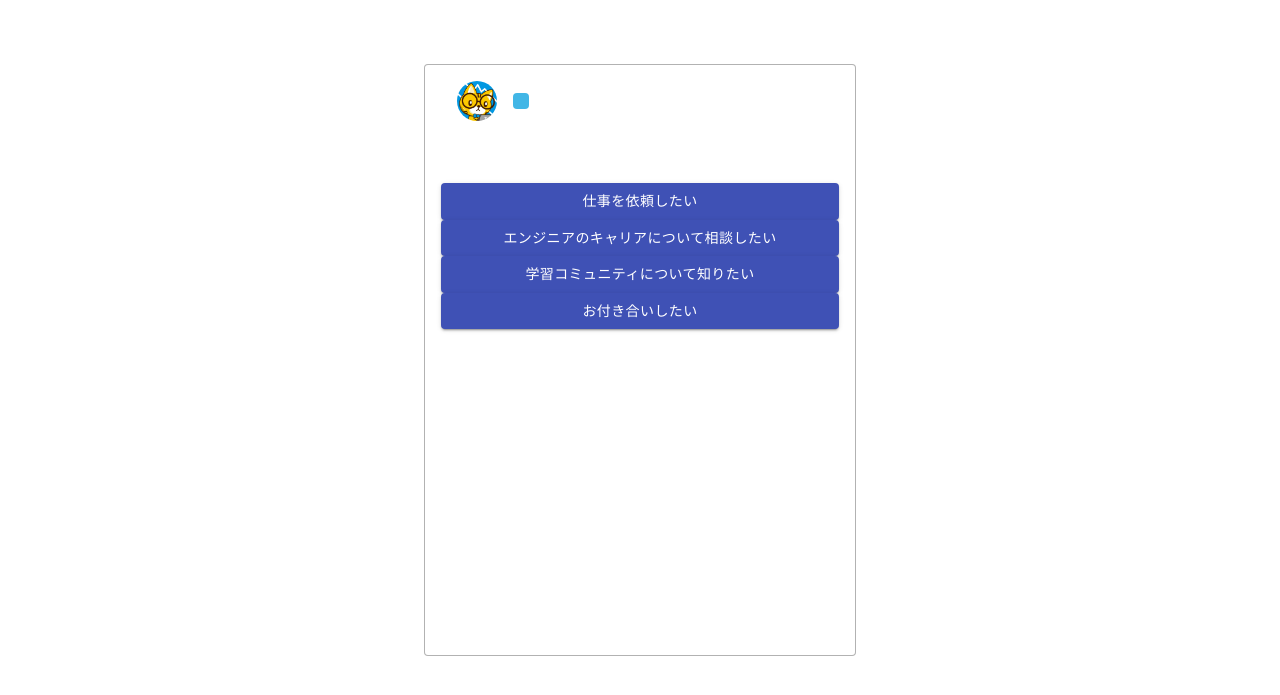
Repository: ShunsukeTanizaki/chatbot-demo
Page: /
An editor plug-in stored every save of this project. The page is shown before and after the next save, followed by the edit.
The browser window is 1280 px wide. The pictures show the whole page.
The project was rebuilt for these pictures with package versions that can differ from the ones it lists, and the page was loaded fresh each time.

Above is the page before, as saved 2020-10-21 01:12:30.

After the next save:
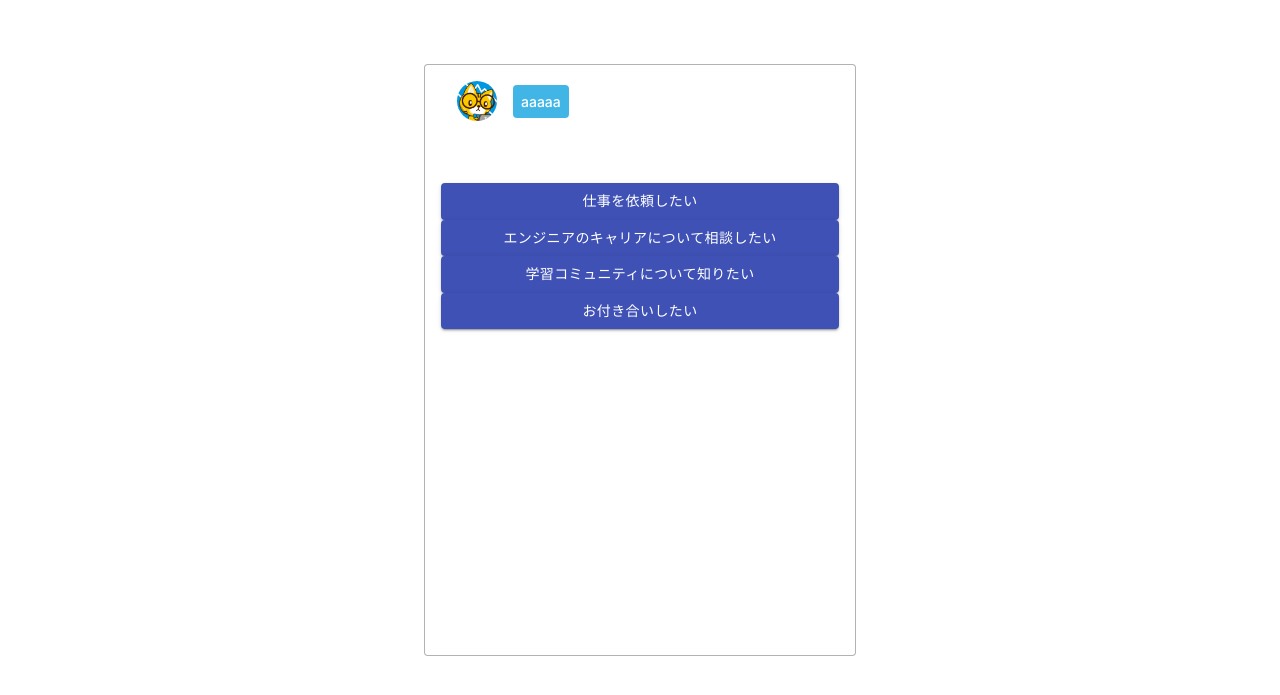
Saved 7 min 25 s later.
--- a/src/components/Chat.jsx
+++ b/src/components/Chat.jsx
@@ -18,7 +18,8 @@
                     <Avatar alt="icon" src={Noprofile} />
                 )}
             </ListItemAvatar>
-            <div className="p-chat__bubble">{props.text}</div>
+            <div className="p-chat__bubble">aaaaa</div>
+            {/* <div className="p-chat__bubble">{props.text}</div> */}
         </ListItem>
     )
 }

After the save that followed:
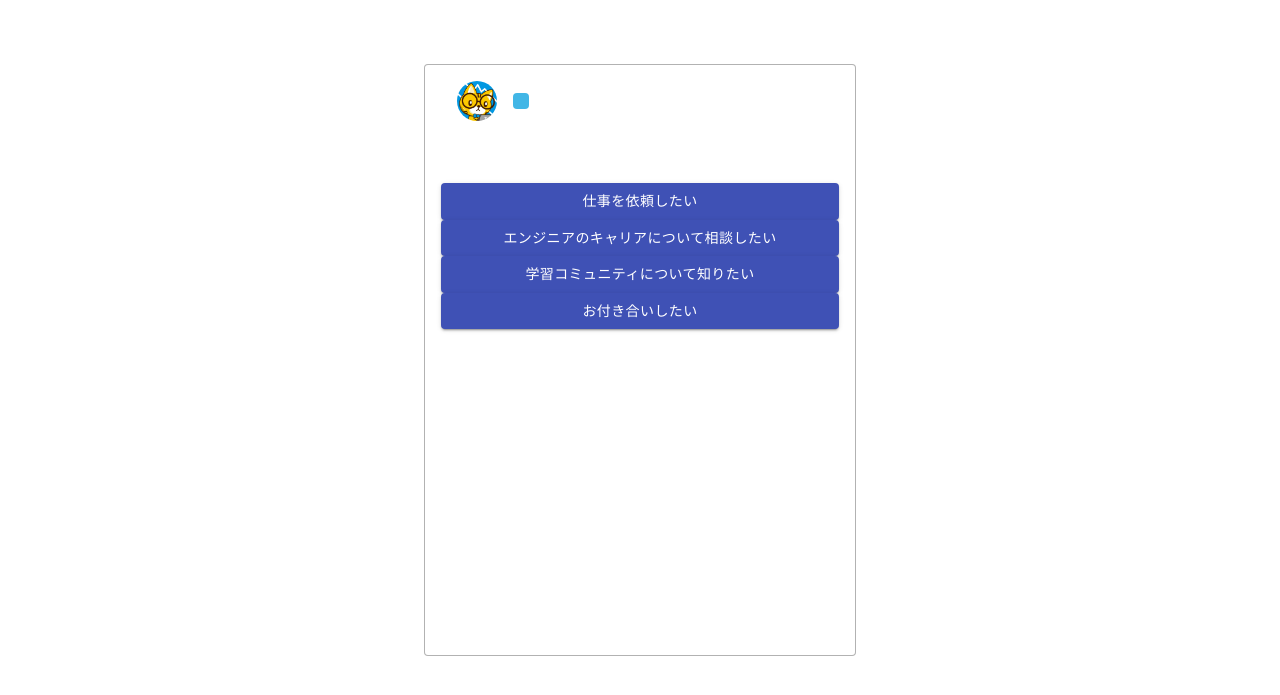
Saved 23 s later.
--- a/src/components/Chat.jsx
+++ b/src/components/Chat.jsx
@@ -7,6 +7,8 @@
 
 
 const Chat = (props) => {
+    console.log(props);
+
     const isQuestion = (props.type === 'question');
     const classes = isQuestion ? 'p-chat__row' : 'p-chat__reverse';
     return (
@@ -18,8 +20,7 @@
                     <Avatar alt="icon" src={Noprofile} />
                 )}
             </ListItemAvatar>
-            <div className="p-chat__bubble">aaaaa</div>
-            {/* <div className="p-chat__bubble">{props.text}</div> */}
+            <div className="p-chat__bubble">{props.text}</div>
         </ListItem>
     )
 }
